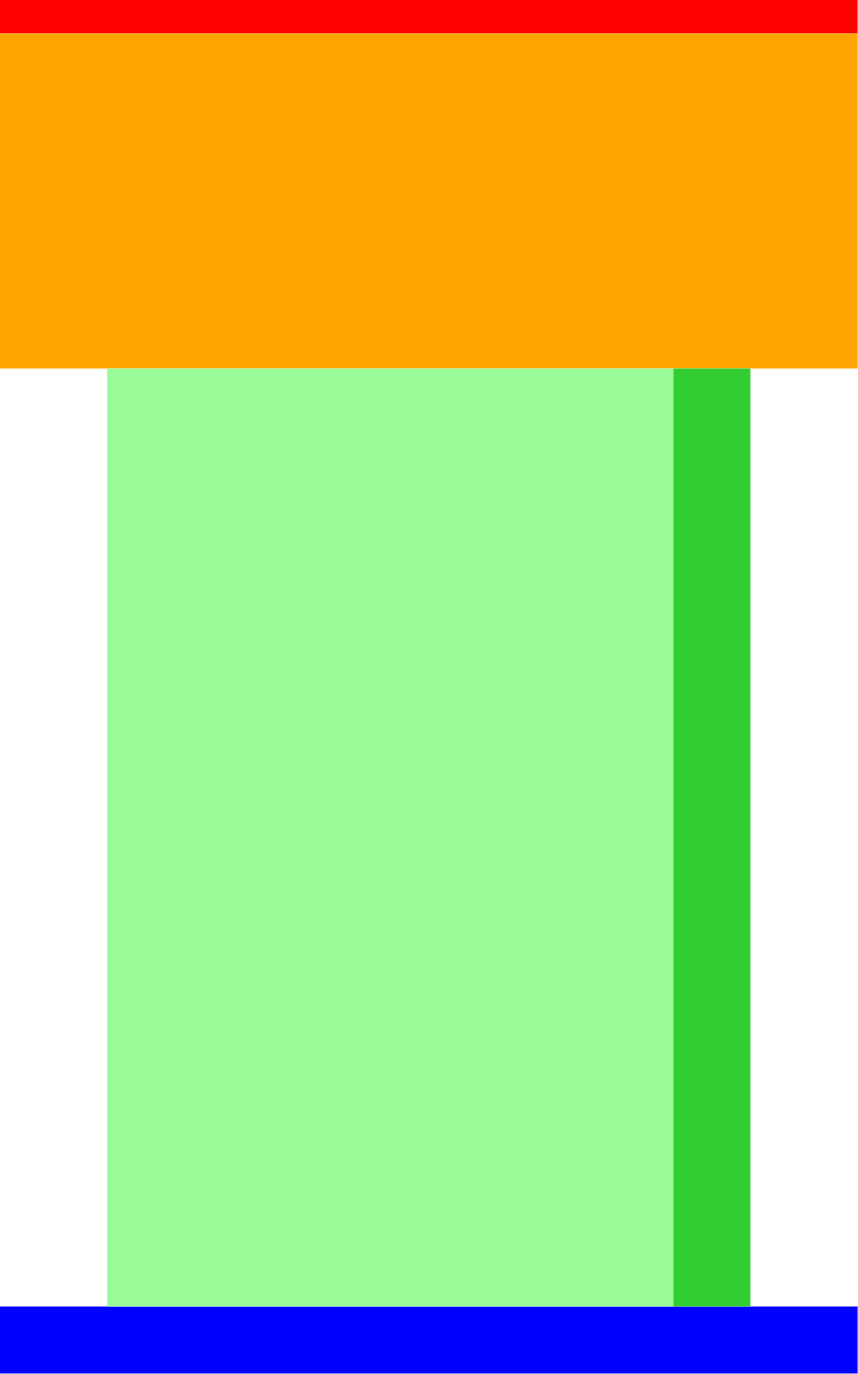
Repository: TsuKou/MainContents
Page: chapter4/index.html
The author's editor kept a record of every edit. The page is drawn from the files as they stood at one moment, then again after the next edit.
The browser window is 1280 px wide. The pictures show the whole page, at 67% of full size.

Above is the page before.

### chapter4/index.html
<!DOCTYPE html>
<html lang="ja">
  <head>
    <meta charset="UTF-8" />
    <link rel="stylesheet" href="style.css" />
    <title>4章演習問題</title>
  </head>

  <body>
    <div class="header"></div>

    <div class="main-visual"></div>

    <div class="main">
     <div class="sidebar-left"></div>
     <div class="blog"></div>
     <div class="sidebar-right"></div>
    </div>

    <div class="footer"></div>

  </body>
</html>

### chapter4/style.css
* {
  margin: 0;
  padding: 0;
  box-sizing: border-box;
}

.header {
  width: 100%;
  height: 50px;
  background-color: red;
}

.main-visual {
  width: 100%;
  height: 500px;
  background-color: orange;
}

.main {
  width: 960px;
  display: flex;
  justify-content: center;
  margin: 0 auto;
}

.blog {
  width: 500px;
  height: 1400px;
  background-color: limegreen;
}

.sidebar-left {
  width: 230pc;
  height: 1400px;
  background-color: palegreen;
}

.sidebar2 {
  width: 230pc;
  height: 1400px;
  background-color: palegreen;
}

.footer {
  width: 100%;
  height: 100px;
  background-color: blue;
}

After the next edit:
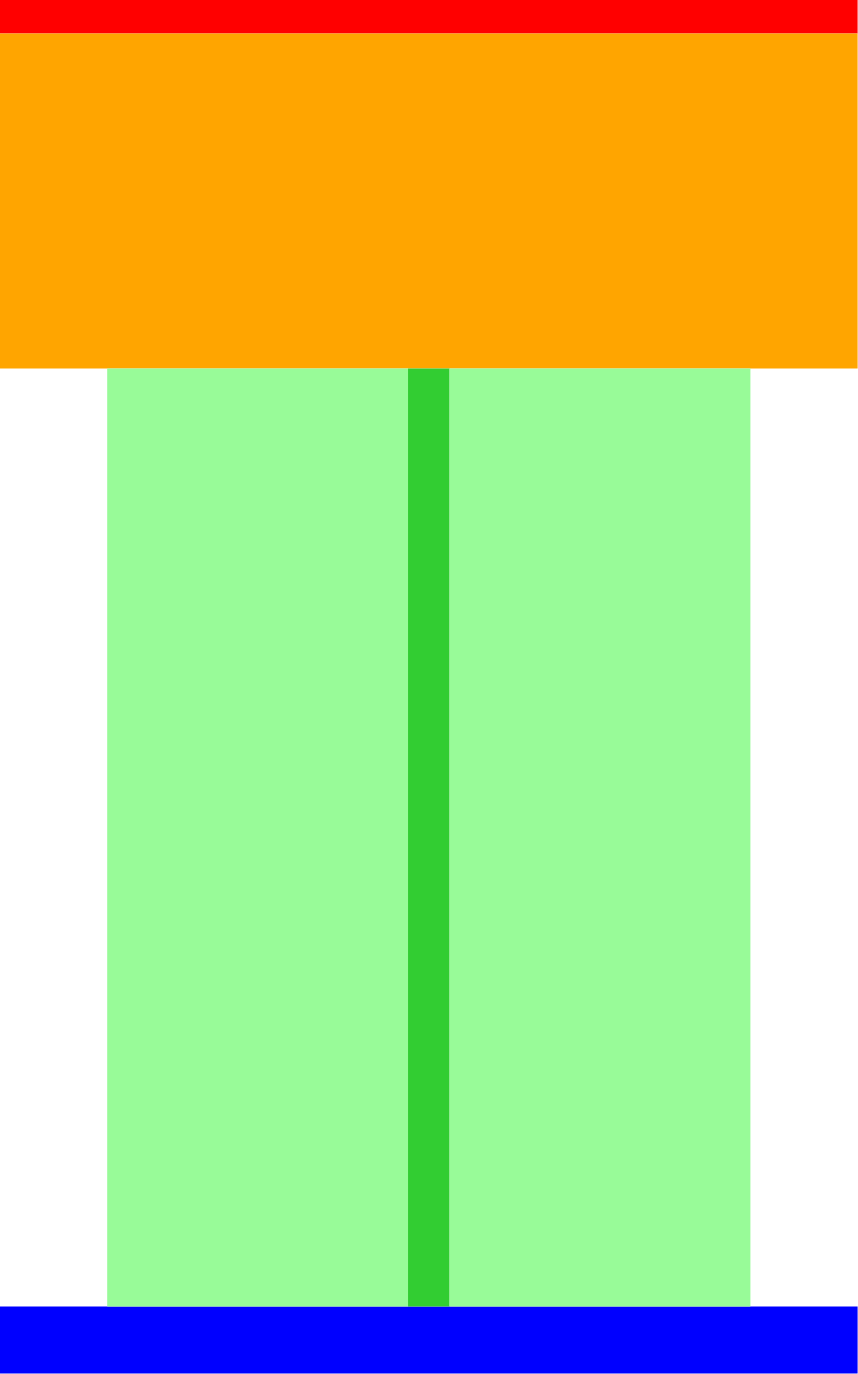
The edit:
--- a/chapter4/style.css
+++ b/chapter4/style.css
@@ -35,7 +35,7 @@
   background-color: palegreen;
 }
 
-.sidebar2 {
+.sidebar-right {
   width: 230pc;
   height: 1400px;
   background-color: palegreen;
